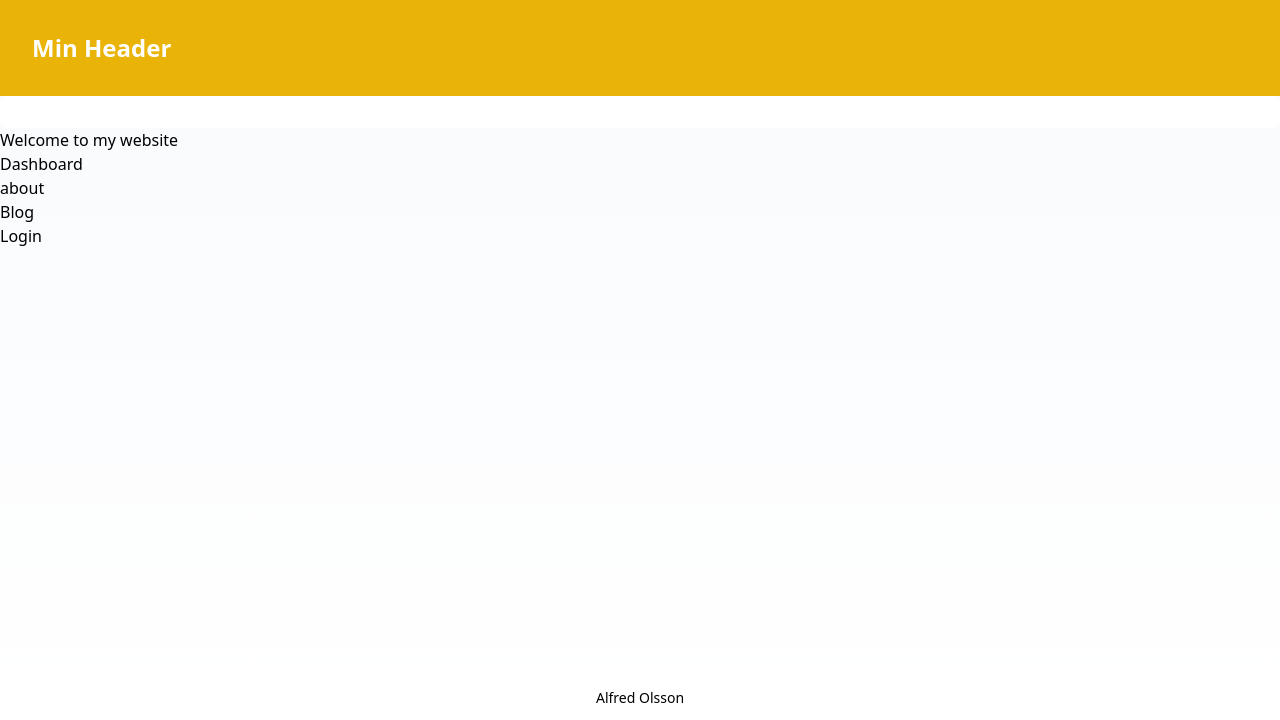
Repository: AlligatorAffe/NextWebsite
Page: /
The author's editor kept a copy of each file at every save. The page is drawn from the files as they stood at one save, then again after the next save.
The browser window is 1280 px wide. The pictures show the whole page.
The project was rebuilt for these pictures with package versions that can differ from the ones it lists, and the page was loaded fresh each time. The framework's server and built-in components were replaced by stand-ins that run in the browser. Also part of the build but not shown: next.config.js.

Above is the page before, as saved 2024-01-04 21:35:48.

### app/layout.tsx
import './globals.css'
import { Metadata } from 'next'





export const metadata: Metadata = {
  title: 'My webbpage',
  description: 'Welcome to Next.js',
}

/**
 *
 *
 *
 *
 *
 *

const inter = Inter({ subsets: ['latin'] })

export const metadata: Metadata = {
  title: 'Create Next App',
  description: 'Generated by create next app',
}

export default function RootLayout({
  children,
}: {
  children: React.ReactNode
}) {
  return (
    <html lang="en">
      <body>{children}</body>
    </html>
  )
}

 */

export default function RootLayout({
  // Layouts must accept a children prop.
  // This will be populated with nested layouts or pages
  children,
}: {
  children: React.ReactNode
}) {
  return (
    <html lang="en">
      <body className="flex flex-col min-h-screen bg-slate-50 text-black">
        <div className="flex-grow">
          <header className="bg-yellow-500 p-8">
            <h1 className="text-2xl font-bold text-white">Min Header</h1>
          </header>
          <nav  className="bg-white rounded-md p-4"></nav>
          {children}
        </div>
        <footer className="bg-white rounded-md p-3">
          <h3 className="text-black text-center text-sm font-medium">Alfred Olsson</h3>
        </footer>
      </body>
    </html>

  )
}

### app/template.tsx



export default function Template({ children }: { children: React.ReactNode }) {
    return <div>{children}</div>
  }

### app/page.tsx
import Image from 'next/image'
import { Metadata } from 'next'
import Link from 'next/link'

/*
export default function Page() {
  return <div >
      <h1 >
        Welcome to my website
      </h1>
    </div>

}
*/


export const metadata: Metadata = {
  title: 'My Page Title',
}

export default function Page() {
  return <div >
  <h1 >
    Welcome to my website
  </h1>
  <p>   <Link href="/dashboard">Dashboard</Link></p>
  <p>   <Link href="/about">about</Link></p>
  <p>   <Link href="/blogpost">Blog</Link></p>
  <p>   <Link href="/login">Login</Link></p>
</div>
}

Loaded but not shown: app/globals.css (common file); tailwind.config.ts (common file)

After the next save:
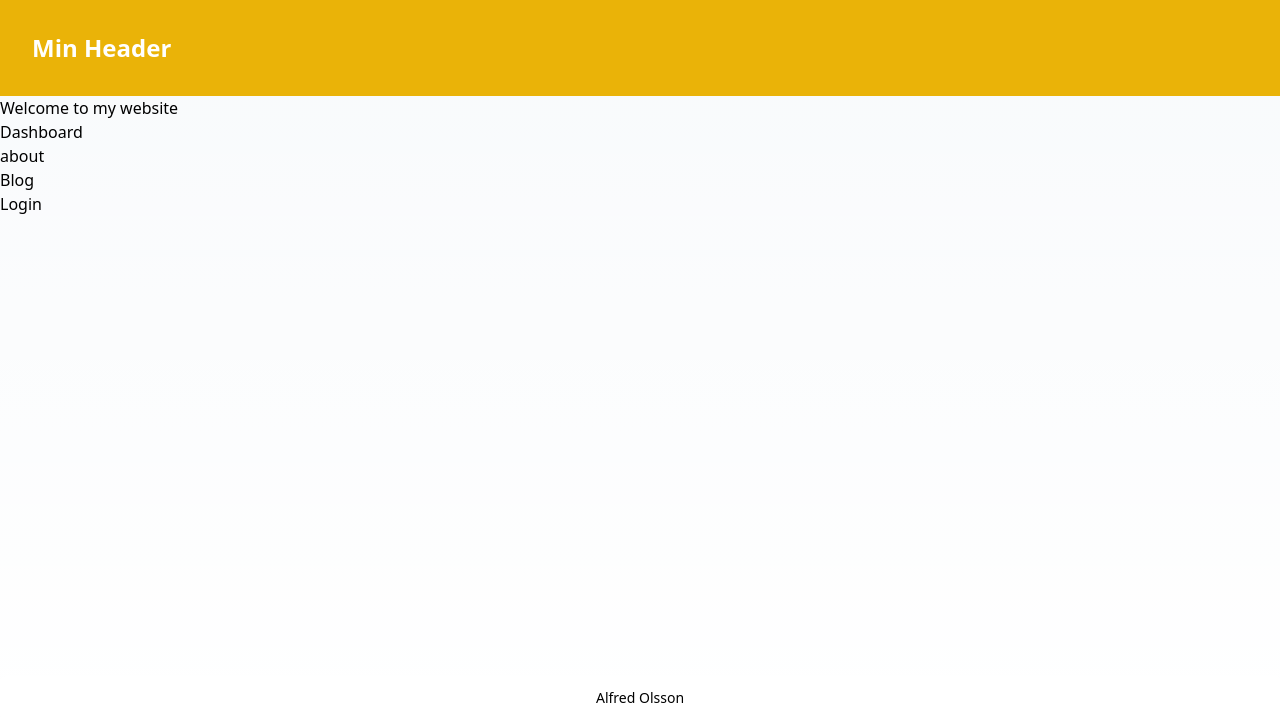
Saved 14 s later.
--- a/app/layout.tsx
+++ b/app/layout.tsx
@@ -53,7 +53,7 @@ export default function RootLayout({
           <header className="bg-yellow-500 p-8">
             <h1 className="text-2xl font-bold text-white">Min Header</h1>
           </header>
-          <nav  className="bg-white rounded-md p-4"></nav>
+          <nav  className="bg-white"></nav>
           {children}
         </div>
         <footer className="bg-white rounded-md p-3">
